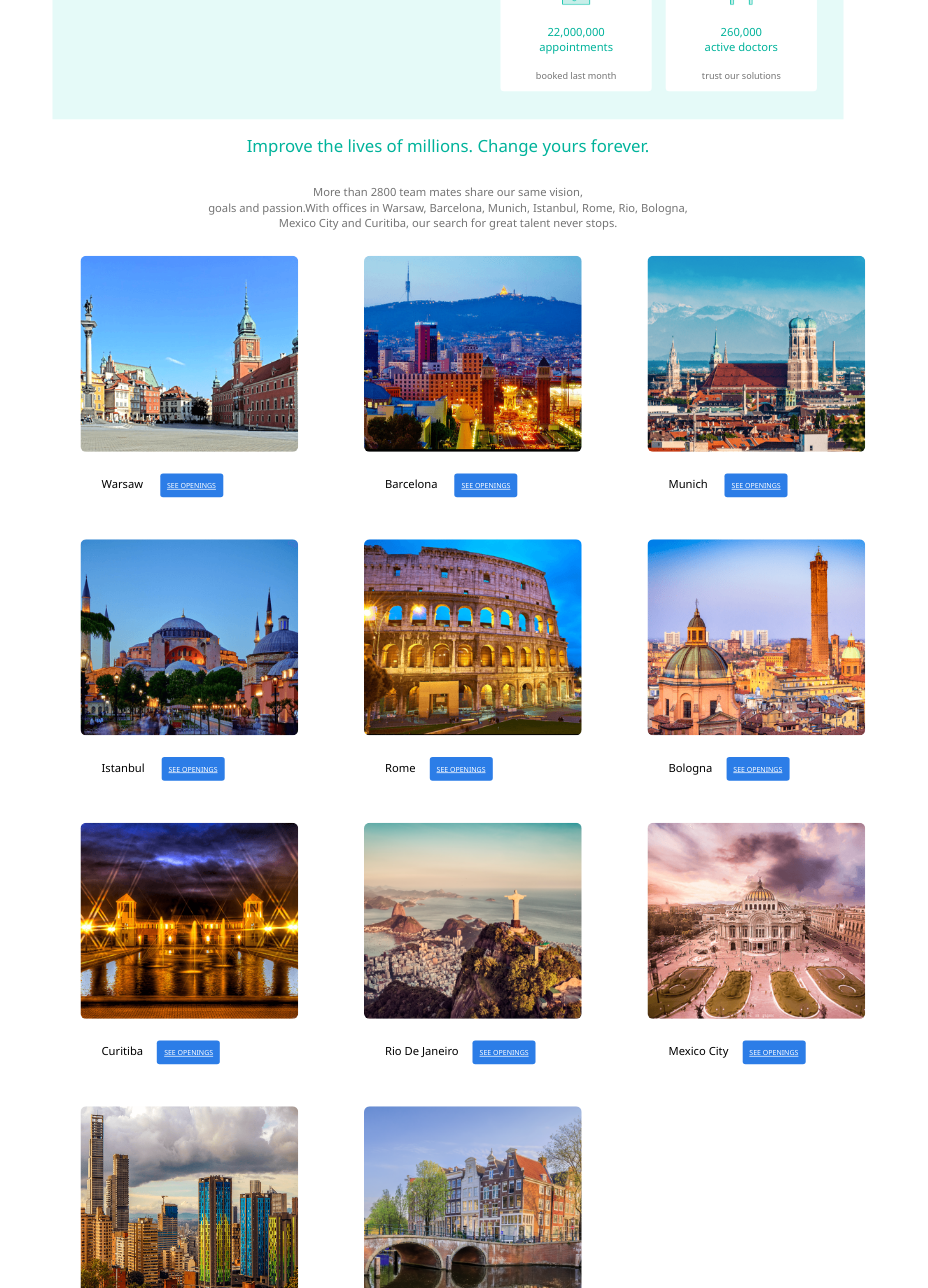
Repository: awa-creator/Checkpoint4
Page: doc.html
The author's editor kept a copy of each file at every save. The page is drawn from the files as they stood at one save, then again after the next save.
The browser window is 1280 px wide. The page is 1325 px wide, so the pictures cover 1325 px, including what lies to the right of the window. The pictures show the part of the page from y = 1358 to 3198 px (the page is 3619 px tall before and 3578 px after), at 70% of full size.

Above is the page before, as saved 2024-09-24 15:41:35.

### doc.html
<!DOCTYPE html>
<html lang="en">
<head>
    <meta charset="UTF-8">
    <meta name="viewport" content="width=device-width, initial-scale=1.0">
    <title>Document</title>
    <link rel="stylesheet" href="style1.css">

</head>

<body>
        <header class="Doc_header" >
           <img class="doc_logo" src="image/imagdocplanner/logo-default-group-en.svg" alt="logo" width="238px" height="33px">
            <ul class="nav_menu">
            <li><h4 class="H">A About us</h4></li>
        <li><h4 class="H"> Career</h4></li>
        <li><h4 class="H">Departments</h4></li>
    </ul>
</header>
    <section class="Introduction">
        <div >
            <center><img class="idps" src="image/imagdocplanner/sygnet.png" alt=""></center>
        </div>
               <h1 class="tittle_intro" >Making the healthcare experience more human</h1>
        <div class="intro_text">
        <p class="ipara1">We want patients to find the perfect doctor and book an appointment in the most easy way. The patient journey should be enjoyable, and that's why we are always next to them:to help them find the best possible care. Anytime, anywhere.</p>
        <p class="ipara2"> We also help doctors to better manage their practice and build their online reputation. With our integrated end-to-end solution, doctors are able not only to improve their online presence, but also to devote their time to what really matters: their patients.</p>
        </div>
        </section>
        <center><section class="box">
            <div class="boxp">
                <img src="image/imagdocplanner/icon-patients.svg" alt="">
                <h2 class="text">For patients</h2> <p class="boxtext">Find a doctor, book a <br> visit and solve any <br> health-related doubt</p>
             <div class="">
   <select name="selectp" id="">
    <option value="">Choose a country</option>
    <option value="">Tunisia</option>
    <option value="">Morocco</option>
    <option value="">Senegal</option>
    <option value="">England</option>
    <option value="">Sweden</option>
    <option value="">France</option>
    <option value="">Saudi Arabia</option>
    <option value="">Japan</option>
   </select>
             </div>
            </div>
            <div class="boxd">
                <img src="image/imagdocplanner/icon-doctors.svg" alt=""> <h2 class="text">For doctors</h2> <p class="boxtext">Save time managing <br>visits and cut no- <br>shows by half</p>
            <div class="selectd">
                <select name="" id="">
                    <option value="">Choose a country</option>
                    <option value="">Argentina</option>
                    <option value="">Brazil</option>
                    <option value="">Chili</option>
                    <option value="">Colombia</option>
                    <option value="">Czech</option>
                    <option value="">Germany</option>
                    <option value="">Italy</option>
                    <option value="">Mexico</option>
                    <option value="">Peru</option>
                    <option value="">Poland</option>
                    <option value="">Spain</option>
                    <option value="">Turkey</option>
                   </select>
            </div>
            </div>
            <div class="boxc">
                <img src="image/imagdocplanner/icon-clinics.svg" alt=""> <h2 class="text">For clinics</h2> <p class="boxtext">Deliver an exceptional <br> patient experience in <br> your clinic</p>
            <select name="" id="">
                <option value="">2 to 20 specialists</option>
                    <option value="">Brazil</option>
                    <option value="">Czech</option>
                    <option value="">Germany</option>
                    <option value="">Italy</option>
                    <option value="">Mexico</option>
                    <option value="">Poland</option>
                    <option value="">Spain</option>
                    <option value="">Turkey</option>
            </select> <br><br>
            <select name="" id="">
                <option value="">More than 20 specialists</option>
                <option value="">Brazil</option>
                <option value="">Italy</option>
                <option value="">Mexico</option>
                <option value="">Poland</option>
                <option value="">Spain</option>
            </select>
            </div>
        </section>
        <section  on class="brand_section">
            <p class="brand_intro"> We are a global company  with local culture </p>
            <ul class="brand_logo">
            <img class="im" src="image/imagdocplanner/sygnet.png" alt="">Znanylekarz
            <img class="im" src="image/imagdocplanner/sygnet.png" alt="">Doctoralia
            <img class="im" src="image/imagdocplanner/sygnet.png" alt="">Miodottore
            <img class="im" src="image/imagdocplanner/sygnet.png" alt="">Doktortakvimi
            <img class="im" src="image/imagdocplanner/sygnet.png" alt="">Znamylekar
            <a class="bl" href="https://www.jameda.de/"><img class="jameda" src="image/imagdocplanner/logo-jameda.svg" alt=""></a>
            <a href="https://tuotempo.com/powered-by-tuotempo"><img class="tuotempo" src="image/imagdocplanner/logo-tuotempo.svg" alt="" width="140px" height="30px"></a>
            <a href="https://gipo.it/?redirect_origin=www.gipo.it"><img class="gipo" src="image/imagdocplanner/logo-gipo-primary.svg" alt=""></a>
            <a href="href=https://clinic-cloud.com/"><img class="clinic" src="image/imagdocplanner/logo-clinicloud.svg" alt="" > </a>
            <a  href="href=https://feegowclinic.com.br/"><img class="feegowclinic"  src="image/imagdocplanner/logo-feegow.svg" alt=""></a>
            <a  href="href=https://mydr.pl/welcome/"><img class="mydr" src="image/imagdocplanner/my-dr-edm-logo.svg" alt="" ></a>
        </ul>
    </section></center>
        <section class="platform">
            <div class="plat">
            <h1 class="iplat"> The world's biggest <br>healthcare platform</h1>
<p class="p_plat">We work from 9 offices all over the world, bringing Docplanner Group <br>to life in 13 countries. <br></p></div>
  <img class="logsynget" src="image/imagdocplanner/sygnet.png" alt="">
<center><div class="grid">
                        <div class="column1">
                   <img class="ilog" src="image/imagdocplanner/flag.png" alt="">  <h4 class="tittlegrid">Leader in 13 <br>countries </h4> <p class="textgrid">Poland, Brazil, Mexico, Spain, Italy, Germany, Turkey, Colombia, Czech Republic, Portugal, Argentina, Peru and Chile</p>
                        </div>
                        <div class="column1">
                            <img class="ilog"  src="image/imagdocplanner/patients.png" alt=""><h4 class="tittlegrid">90,000,000 <br>patients</h4><p class="textgrid">visit our websites each month</p>
                                </div>
                        <div class="column2">
                            <img class="ilog"  src="image/imagdocplanner/visits.png" alt=""> <h4 class="tittlegrid">22,000,000 <br>appointments</h4><p class="textgrid">booked last month</p>
                                </div>

                <div class="column2">
                    <img class="ilog"  src="image/imagdocplanner/doctors.png" alt=""><h4 class="tittlegrid">260,000 <br>active doctors</h4> <p class="textgrid">trust our solutions</p>
                        </div>   </center>
                    </div>
                </section>
        <section class="contries">
            <center><h1 class="h1_contrie">Improve the lives of millions. Change yours forever.</h1></center>
            <center><p class="p_contrie"> More than 2800 team mates share our same vision,<br> goals and passion.With offices in Warsaw, Barcelona, Munich, Istanbul, Rome, Rio, Bologna,<br> Mexico City and Curitiba, our search for great talent never stops. </p></center>
        </section>
       <section>
            <ul class="picture" >
     <li class="contry1">
        <img class="coun" src="image/imagdocplanner/warsaw.png" alt=""><div class="count">Warsaw <a href="#">SEE OPENINGS</a></div></li>
<li class="country2">
<img class="coun"  src="image/imagdocplanner/barcelona.png" alt=""><div class="count">Barcelona <a href="#" target="_blank" rel="noopener noreferrer">SEE OPENINGS</a></div>
</li>
<li class="country3">
<img class="coun" src="image/imagdocplanner/munich.png" alt=""><div class="count">Munich <a href="#" target="_blank" rel="noopener noreferrer">SEE OPENINGS</a></div>
</li>
<li class="country3">
<img class="coun" src="image/imagdocplanner/istanbul.png" alt=""> <div class="count">Istanbul <a href="#" target="_blank" rel="noopener noreferrer">SEE OPENINGS</a></div>
</li>
<li class="country4">
<img class="coun" src="image/imagdocplanner/rome.png" alt=""><div class="count">Rome<a href="#" target="_blank" rel="noopener noreferrer">SEE OPENINGS</a></div>
</li>
<li class="country5">
<img class="coun" src="image/imagdocplanner/bologna.png" alt=""><div class="count">Bologna<a href="#" target="_blank" rel="noopener noreferrer">SEE OPENINGS</a></div>
</li>
<li class="country6">
    <img class="coun" src="image/imagdocplanner/curitiba.png" alt=""><div class="count">Curitiba<a href="#" target="_blank" rel="noopener noreferrer">SEE OPENINGS</a></div>
    </li>
    <li class="country7">
        <img class="coun" src="image/imagdocplanner/rio-janeiro.png" alt=""><div class="count">Rio De Janeiro<a href="#" target="_blank" rel="noopener noreferrer">SEE OPENINGS</a></div>
        </li>
        <li class="country8">
            <img class="coun" src="image/imagdocplanner/mexico-city.png" alt=""><div class="count">Mexico City<a href="#" target="_blank" rel="noopener noreferrer">SEE OPENINGS</a></div>
            </li>
            <li class="country9">
                <img class="coun" src="image/imagdocplanner/bogota.png" alt="" ><div class="count">Bogota<a href="#" target="_blank" rel="noopener noreferrer">SEE OPENINGS</a></div>
                </li>
                <li class="country10">
                    <img class="coun" src="image/imagdocplanner/amsterdam.png" alt=""><div class="count">Amsterdam<a href="#" target="_blank" rel="noopener noreferrer">SEE OPENINGS</a></div>
                    </li>
                </ul>
            </section>
<section>
    <p class="conclu"> Sounds interesting? Join us now!</p>
   <center><div class="finish">SEE ALL CURRENT OPENINGS</div></center>
</section>



</body>
<footer> <hr>
    <p class="end">We are leaders in 13 countries: Poland,Turkey, Spain, Italy, Germany, Czech Republic, Portugal, Mexico, Colombia, Brazil, Argentina, Peru and Chile
    <br>www.docplanner.com © 2024 </p>

</footer>
</html>

### style1.css
body{
    font-family: 'Segoe UI', Tahoma, Geneva, Verdana, sans-serif;
    padding: 70px;
    margin: 5px;

    }
.Doc_header{
    display: inline;
    padding: 10px;
    margin: 10px;
    display: flex;
    justify-content: space-between;
    align-content: space-between;
    position: sticky;
}
.doc_logo{
    display: flex;
    justify-content: center;
}
.nav_menu{
    display: flex;
    justify-content: space-between;
    margin:0px;
    padding: 0px;
    list-style-type: none;
    color: #747474;
}

.H{
    margin: 10px;
}
.idps{
    display: flex;
    align-self: center;
}

.log{
    text-align: center;
}

.tittle_intro{
text-align: center;
color:#00b39b;
font-size:2em;
font-family:Arial, Helvetica, sans-serif;
}
.intro_text{
    display: flex;
    justify-content: space-around;
    color:#747474;
    font-family: system-ui, -apple-system, BlinkMacSystemFont, 'Segoe UI', Roboto, Oxygen, Ubuntu, Cantarell, 'Open Sans', 'Helvetica Neue', sans-serif;
    font-size: 16px;
    margin:20px;
}
.box{
    display: flex;
    margin: 30px;
    width: 80%;
    flex-direction: row;
    justify-content: space-between;
    align-content:space-between;

}

.boxp{
    background-color:#00ccb1;
   padding: 10px;
   border-radius: 10px;
   color: white;
   margin: 10px;
   height: 300px;
   flex-basis: 48%;
   width: 20%;
}
.boxd{
    background-color:#3d83df ;
   padding: 10px;
   border-radius: 10px;
   color: white;
   margin: 10px;
   height: 300px;
   flex-basis: 48%;
   width:20%;
}
.boxc {
    background-color:#1b2734;
    padding: 10px;
    border-radius: 10px;
    color: white;
    margin: 10px;
    height: 300px;
    flex-basis: 48%;
    width:20%;
}
.text{
    font-family: Arial, Helvetica, sans-serif;
}
.boxtext{

    font-size: 24px;
}
.selectp{
    background-color: none;
}
.brand_intro{
    display: flex;
    justify-content: space-between;
    color: #00b39b;
    float: left;
    width: 33%;
    padding: 20px;
    margin: 20px;
    size: 50px;
}
.brand_section{
    display: flex;
    justify-content: space-between;
}
.brand_logo{
    display: flex;
    flex-wrap: wrap;
    justify-content: space-around;
    margin: 10px;
    color: #747474;
}
.im{
    height: 25px;
    width:25px;
   gap: 10px;
   color: #747474;
}
.tuotempo{
    width: 100px;
}
.gipo{
    width: 40px;
    color: #747474;
}
.clinic{
    width: 60px;
}
.feegowclinic{
    width: 90px;
}
.mydr{
    width: 100px;
    color: #747474;
}


.platform{
    background-color: #e5faf8;
    max-height: 600px;
}
.plat{
    color:#34b99d;

}
.logosy{
    padding-left: 50px;
    padding-top: 50px;
}

.iplat{
    font-weight: normal;

}
.p_plat{
    color: #747474;
}
.grid{
    display: grid;
    gap: 20px;
    grid-template-columns: repeat(2, 1fr);
    position: relative;
    border-radius: 10px;
    margin-left: 600px;
    margin-top:-150px;
    width: 40%;
    height: 80%;
    padding: 40px;
}
.tittlegrid{
    font-weight: normal;
    color: #00b39b;
}
.column1{
    background-color:#FFF;
    border-radius: 5px;
    height: auto;
}
.ilog{
    margin-top: 30px;
}
.column2{
    background-color:#FFF;
    border-radius: 5px;
  height: auto;

}

.textgrid{
    color: #747474;
    font-family: system-ui, -apple-system, BlinkMacSystemFont, 'Segoe UI', Roboto, Oxygen, Ubuntu, Cantarell, 'Open Sans', 'Helvetica Neue', sans-serif;
 font-size: 13px;
}
.h1_contrie{
    color: #00b39b;
    font-weight: normal;

}
.p_contrie{
    color: #747474;
    padding: 20px;
}
.contries{
    justify-content: center;
}
.picture{
    display: grid;
    grid-template-columns: repeat(3, 400px);
    grid-template-rows: repeat(3, 400px);
    list-style-type: none;
    grid-gap: 5px;
    margin: auto;
}
.coun{
    border-radius: 8px;
    width: 311px;
    height:280px;
}

.count a{
    width: 70px;
    height: 15px;
    left: 200px;
    top: -50px;
    background-color: #2c7de7;
    color: white;
    font-size: .625rem;
    padding: 1em 1.5em;
    border-radius: 4px;
    bottom: 10px;
}
.count,.count a{
    margin: 20px;
    padding: 10px;
}
.conclu{
font-size: 30px ;
}
.finish{
   text-decoration: underline;
    width: 210px;
    height: 1px;
    background-color: #2c7de7;
    color: white;
    padding: 25px;
    border-radius: 4px;
    display: flex;
    align-items: center;
}
.end{
    color: #747474;
    text-align: center;
}

After the next save:
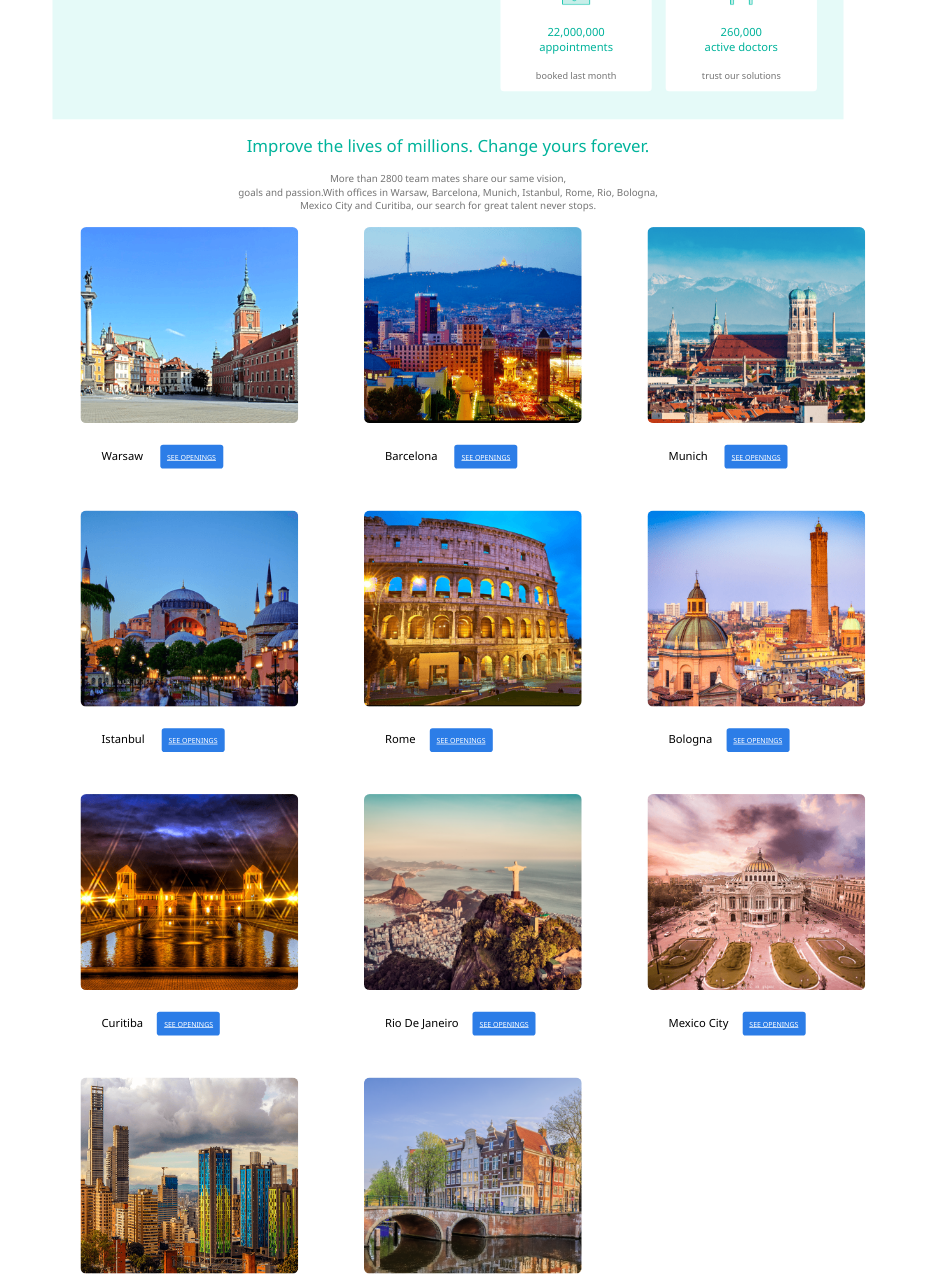
Saved 75 s later.
--- a/style1.css
+++ b/style1.css
@@ -211,7 +211,8 @@
 }
 .p_contrie{
     color: #747474;
-    padding: 20px;
+    margin: 22px;
+    font-size: 14px;
 }
 .contries{
     justify-content: center;
